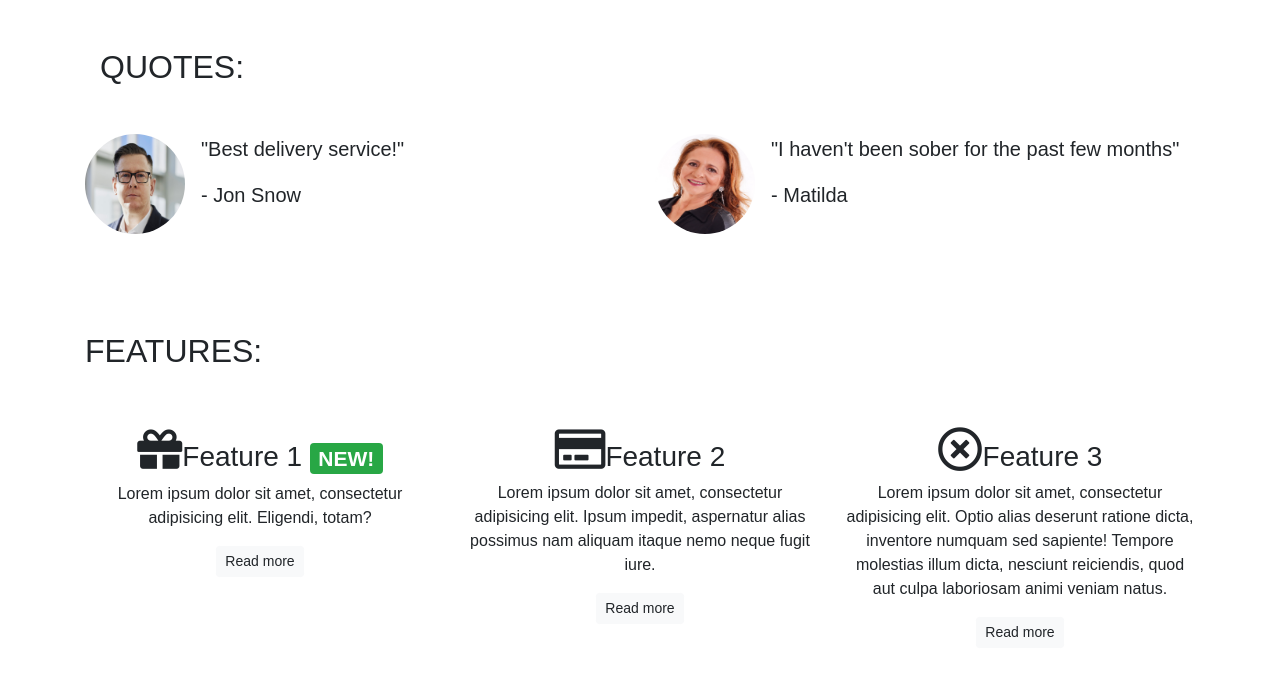
Repository: mkuti/Whiskey_website_using_Bootstrap
Page: index.html
The author's editor kept a record of every edit. The page is drawn from the files as they stood at one moment, then again after the next edit.
The browser window is 1280 px wide. The pictures show the part of the page from y = 720 to 1398 px (the page is 1398 px tall before and 1327 px after).
Backgrounds fixed to the window are drawn as part of the page. Some web fonts or font styles are not loaded; a fallback is used. Some web libraries are served in a nearby version.

Above is the page before.

After the next edit:
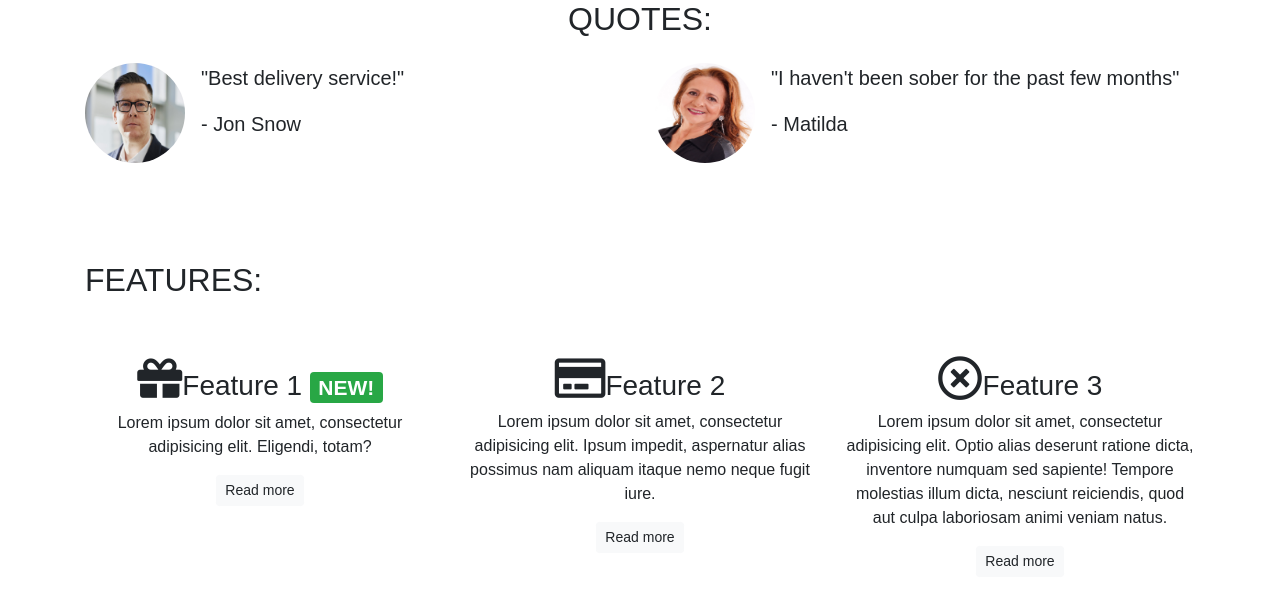
The edit:
--- a/index.html
+++ b/index.html
@@ -82,7 +82,7 @@
     <!-- Quotes -->
     <div class="container quotes-container">
         <section class="quotes">
-            <div class="col-12 my-5">
+            <div class="col-12 page-header">
                 <h2 class="text-uppercase">Quotes:</h2>
             </div>
             <div class="row">
